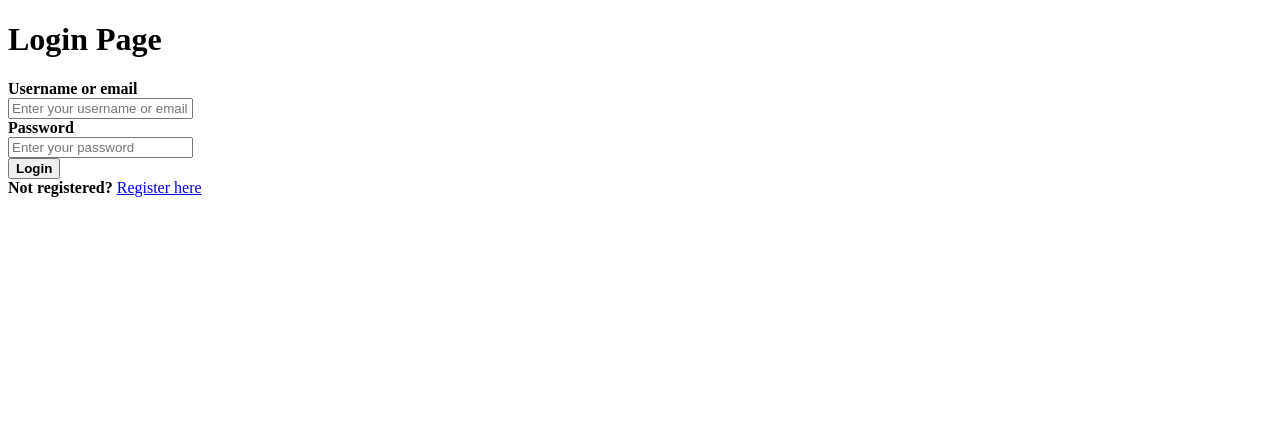
Repository: tommyshado/budget-buddy
Page: public/login.html
These files come from the project's save history. The page is drawn as it stood at one moment and after the next save; the edit follows.
The browser window is 1280 px wide. The pictures show the whole page.

Above is the page before, as saved 2023-12-07 12:30:25.

### public/login.html
<!DOCTYPE html>
<html lang="en">
    <head>
        <meta charset="UTF-8">
        <meta name="viewport" content="width=device-width, initial-scale=1.0">
        <title>Login Page</title>
    </head>

    <body>
        <div class="loginContainer">
            <div>
                <div class="heading">
                    <h1>
                        <strong>
                            Login Page
                        </strong>
                    </h1>
                </div>

                <!-- messsage section -->
                <div class="message"></div>

                <div class="loginForm">
                        <div>
                            <label for="username or email">
                                <strong>
                                    Username or email
                                </strong>
                            </label>

                            <div>
                                <input name="username or email" class="usernameOrEmail" type="text" placeholder="Enter your username or email" required />
                            </div>
                        </div>

                        <div class="py-2">
                            <label for="password">
                                <strong>
                                    Password
                                </strong>
                            </label>

                            <div>
                                <input name="password" class="password" type="password" placeholder="Enter your password" required />
                            </div>
                        </div>
                </div>

                <div>
                    <div>
                        <button type="button" class="loginBtn">
                            <strong>
                                Login
                            </strong>
                        </button>

                    </div>

                    <div>
                        <span>
                            <strong>
                                Not registered?
                            </strong>
                        </span>

                        <a href="signup.html">Register here</a>
                    </div>
                </div>
            </div>
        </div>
    </body>

    <!-- js script tags -->
    <script src="https://cdn.jsdelivr.net/npm/axios/dist/axios.min.js"></script>
    <script src="./js/login.js"></script>
</html>

### public/js/login.js

// Dom references elements
const usernameOrEmail = document.querySelector(".usernameOrEmail");
const password = document.querySelector(".password");

// Button reference
const loginBtn = document.querySelector(".loginBtn");

// Message reference
const message = document.querySelector(".message");

// Events
loginBtn.addEventListener("click", () => {
    const user = {
        usernameOrEmail: usernameOrEmail.value,
        password: password.value
    };

    const login = () => {
        const url = "http://localhost:3000/api/login/user";
        return axios.post(url, user);
    };

    login().then(result => {
        // get the error
        const { error } = result.data;

        if (error) {
            message.innerHTML = error;
            // add danger later on
            message.classList.add("danger");

            // Set values to ""
            usernameOrEmail.value = "";
            password.value = "";

            setTimeout(() => {
                message.innerHTML = "";
            }, 3000);

            return;
        };

        const token = result.data.token;
        const userId = result.data.loggedUserId;

        // Set values to ""
        usernameOrEmail.value = "";
        password.value = "";

        localStorage.setItem("data", JSON.stringify({token: token, userId: userId}));
    });

});

After the next save:
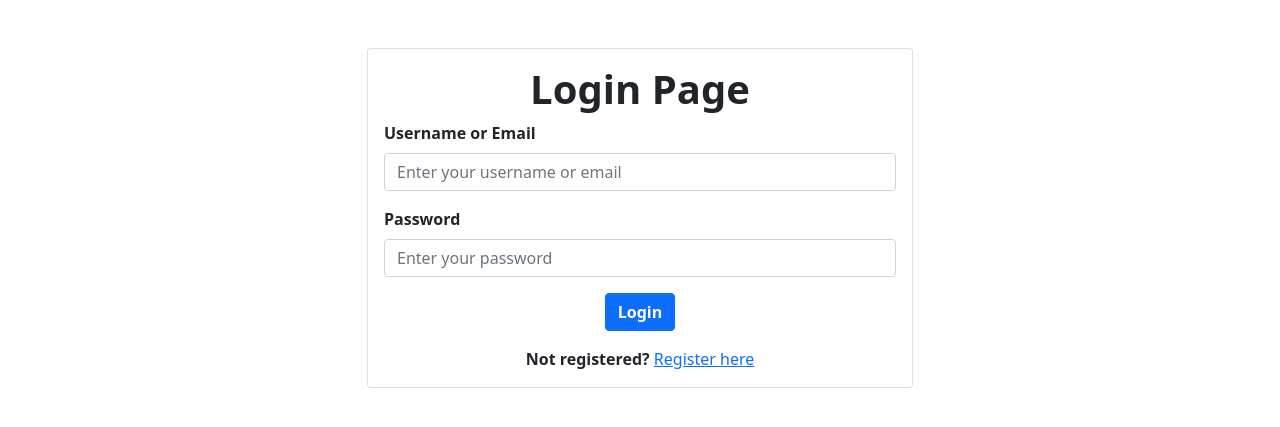
Saved 118 s later.
--- a/public/login.html
+++ b/public/login.html
@@ -1,76 +1,55 @@
 <!DOCTYPE html>
 <html lang="en">
-    <head>
-        <meta charset="UTF-8">
-        <meta name="viewport" content="width=device-width, initial-scale=1.0">
-        <title>Login Page</title>
-    </head>
+<head>
+    <meta charset="UTF-8">
+    <meta name="viewport" content="width=device-width, initial-scale=1.0">
+    <title>Login Page</title>
+    <link href="https://cdn.jsdelivr.net/npm/bootstrap@5.1.3/dist/css/bootstrap.min.css" rel="stylesheet">
+</head>
 
-    <body>
-        <div class="loginContainer">
-            <div>
-                <div class="heading">
-                    <h1>
-                        <strong>
-                            Login Page
-                        </strong>
-                    </h1>
-                </div>
+<body>
+    <div class="container mt-5">
+        <div class="row justify-content-center">
+            <div class="col-md-6">
+                <div class="card">
+                    <div class="card-body">
+                        <h1 class="card-title text-center"><strong>Login Page</strong></h1>
 
-                <!-- messsage section -->
-                <div class="message"></div>
+                        <!-- message section -->
+                        <div class="message"></div>
 
-                <div class="loginForm">
-                        <div>
-                            <label for="username or email">
-                                <strong>
-                                    Username or email
-                                </strong>
-                            </label>
+                        <form class="loginForm">
+                            <!-- Username or Email -->
+                            <div class="mb-3">
+                                <label for="usernameOrEmail" class="form-label"><strong>Username or Email</strong></label>
+                                <input name="usernameOrEmail" class="form-control" type="text" placeholder="Enter your username or email" required />
+                            </div>
 
-                            <div>
-                                <input name="username or email" class="usernameOrEmail" type="text" placeholder="Enter your username or email" required />
+                            <!-- Password -->
+                            <div class="mb-3">
+                                <label for="password" class="form-label"><strong>Password</strong></label>
+                                <input name="password" class="form-control" type="password" placeholder="Enter your password" required />
                             </div>
-                        </div>
 
-                        <div class="py-2">
-                            <label for="password">
-                                <strong>
-                                    Password
-                                </strong>
-                            </label>
+                            <!-- Login Button -->
+                            <div class="text-center mb-3">
+                                <button type="button" class="btn btn-primary loginBtn"><strong>Login</strong></button>
+                            </div>
 
-                            <div>
-                                <input name="password" class="password" type="password" placeholder="Enter your password" required />
+                            <!-- Register Link -->
+                            <div class="text-center">
+                                <span><strong>Not registered?</strong></span>
+                                <a href="signup.html">Register here</a>
                             </div>
-                        </div>
-                </div>
-
-                <div>
-                    <div>
-                        <button type="button" class="loginBtn">
-                            <strong>
-                                Login
-                            </strong>
-                        </button>
-
-                    </div>
-
-                    <div>
-                        <span>
-                            <strong>
-                                Not registered?
-                            </strong>
-                        </span>
-
-                        <a href="signup.html">Register here</a>
+                        </form>
                     </div>
                 </div>
             </div>
         </div>
-    </body>
+    </div>
 
     <!-- js script tags -->
     <script src="https://cdn.jsdelivr.net/npm/axios/dist/axios.min.js"></script>
     <script src="./js/login.js"></script>
+</body>
 </html>
